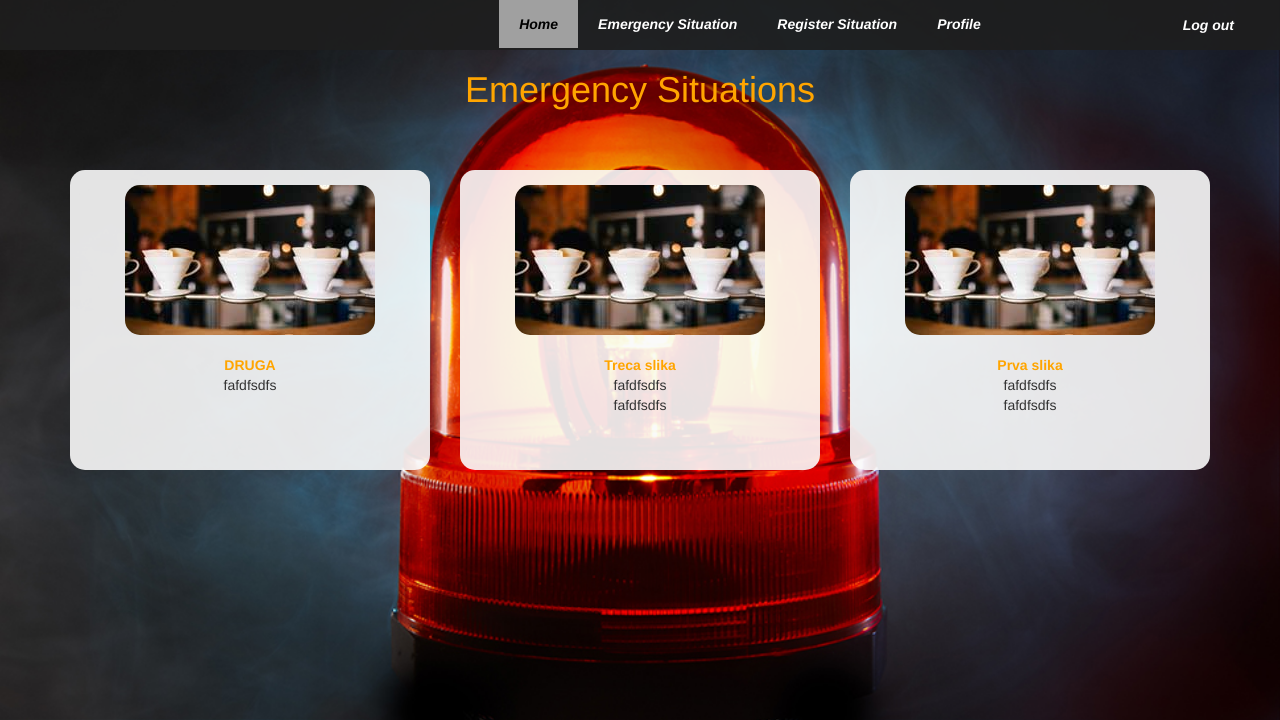
Repository: majamiljic/WebProgramming
Page: emergencySituations/WebContent/situations.html
The author's editor kept a copy of each file at every save. The page is drawn from the files as they stood at one save, then again after the next save.
The browser window is 1280 px wide. The pictures show the whole page.

Above is the page before, as saved 2018-01-26 15:22:59.

### emergencySituations/WebContent/situations.html
<!DOCTYPE html>
<html>
    <head>
        <title>Emergency Situations</title>
        <link href="css/layout.css" rel="stylesheet">
        <link href="css/bootstrap.min.css" rel="stylesheet">
		<script src="js/jquery-3.2.1.min.js"></script>
		<script type="text/javascript" src="js/controllers/logout.js"></script>
    </head>
    <body style="background-color: black">
        <ul>
            <li><a class="active" href="situations.html">Home</a></li>
            <li><a href="emergencySituation.html">Emergency Situation</a></li>
            <li><a href="registerSituation.html">Register Situation</a></li>
            <li><a href="profile.html">Profile</a></li>
            <li style="float: right; margin-right: 20px;">
				<a>
					<button type="submit" style="background: none; border:none" onclick="logout()">Log out</button>
				</a>
			</li>
        </ul>

		<h1 style="text-align: center; color: orange">Emergency Situations</h1>

		<div class="mainDiv">
			<div class="row" align="center">
				<div class="col-sm-4">
					<div class="imgCont">
						<div class="imgDiv">
							<a href="#">
								<img src="img/2.jpg" style="border-radius: 15px;">
							</a>
						</div>
						<div class="descDiv">
							<p>
								<a href="#" style="text-decoration : none">
									<b style="color:orange"> DRUGA </b>
								</a>
								<br>
								fafdfsdfs
							</p>
						</div>
					</div>
				</div>
				<div class="col-sm-4">
					<div class="imgCont">
						<div class="imgDiv">
							<a href="#">
								<img src="img/2.jpg" style="border-radius: 15px;">
							</a>
						</div>
						<div class="descDiv">
							<p>
								<a href="#" style="text-decoration : none">
									<b style="color:orange"> Treca slika </b>
								</a>
								<br>
								fafdfsdfs <br>
								fafdfsdfs <br>
							</p>
						</div>
					</div>
				</div>
				<div class="col-sm-4">
					<div class="imgCont">
						<div class="imgDiv">
							<a href="#">
								<img src="img/2.jpg" style="border-radius: 15px;">
							</a>
						</div>
						<div class="descDiv">
							<p>
								<a href="#" style="text-decoration : none">
									<b style="color:orange"> Prva slika </b>
								</a>
								<br>
								fafdfsdfs <br>
								fafdfsdfs <br>
							</p>
						</div>
					</div>
				</div>
			</div>
		</div>

    </body>
</html>

### emergencySituations/WebContent/css/layout.css
body {
	background-image: url(../img/3.jpg);
	background-repeat: no-repeat;
    background-size: cover;
    background-attachment: fixed;
}

/*****  MENU  *****/
ul {
    list-style-type: none;
    margin: 0;
    padding-left: 39%;
    overflow: hidden;
    background-color: rgba(31, 31, 31, 0.9);
}

li {
    float: left;
}

li a {
    display: block;
    color: white;
    text-align: center;
    padding: 14px 20px;
    text-decoration: none;
    font-style: italic;
    font-weight: bold;
}

li a:hover {
    color: black;
    text-decoration: none;
    background-color: rgba(240,240,240,0.9);
}

.active {
    background-color: rgb(160,160,160);
    color: black;
}

/*****  INDEX  *****/
.logoDiv {
	margin-left: 42%;
	margin-top: 25px;
}

.mainDiv {
    padding: 30px 70px 50px 70px;
    /* background-color: rgba(250,250,250,0.8); */
    border-radius: 25px;
	max-height: 800px;
	overflow-y: scroll;
	overflow-y:auto;
}

.imgDiv {
	max-height: 70%;
  	overflow: hidden;
	padding-top: 15px;
	padding-bottom: 10px;
}

.descDiv {
	padding-top: 10px;
	padding-bottom: 10px;
	max-height: 40%;
	overflow-y: scroll;
	overflow-y:auto;
}

.imgCont {
    background-color: rgba(250,250,250,0.9);
	height: 300px;
	border-radius: 15px;
	margin-top: 20px;
}

/*****  LOG IN  *****/
.loginDiv {
    margin: 70px 30% 50px 30%;
    padding: 30px 70px 50px 70px;
    background-color: rgba(250,250,250,0.8);
	border-radius: 15px;
}

/*****  SIGN UP  *****/
.signUpDiv {
    margin: 70px 30% 50px 30%;
    padding: 30px 70px 50px 70px;
    background-color: rgba(250,250,250,0.8);
	border-radius: 15px;
}

.signUpImg {
    background-color: rgb(250,250,250);
	height: 220px;
	border-radius: 5px;
	padding: 20px 70px 20px 70px;
}

.chooseFileButton {
	background-color: #ccc;
	border-radius: 5px;
    display: inline-block;
    padding: 6px 12px;
    cursor: pointer;
	width: 100%;
	text-align: center;
	margin-top: 5px;
}

/*****  EMERGENCY SITUATION  *****/
.situationWrapper {
	width: 80%;
	margin: 50px auto;
}

.situationDataDiv {
	float: left;
  	overflow: hidden;
	margin-right: 20px;
    padding: 10px 20px 30px 20px;
    background-color: rgba(250,250,250,0.8);
	border-radius: 15px;
}

.commentsDiv {
  	overflow: hidden;
    padding: 30px 70px 50px 70px;
    background-color: rgba(250,250,250,0.8);
	border-radius: 15px;
	max-width: 800px;
	max-height: 700px;
	overflow-y: scroll;
	overflow-y:auto;
}

.commentDiv {
	max-height: 110px;
	width: 100%;
	padding: 15px;
	overflow-y: scroll;
	overflow-y:auto;
}

.commentPictureDiv {
	float: left;
  	overflow: hidden;
    background-color: rgba(250,250,250,0.6);
	height: 60px;
	width: 85px;
	border-radius: 5px;
}

.tip {
  width: 0px;
  height: 0px;
  position: absolute;
  background: transparent;
  border: 10px solid #ccc;
}

.tip-left {
  top: 10px;
  left: -25px;
  border-top-color: transparent;
  border-left-color: transparent;
  border-bottom-color: transparent;
}

.dialogbox .commentBody {
	position: relative;
	float: right;
	width: 80%;
	padding: 5px;
	background-color: #DADADA;
	border-radius: 3px;
	border: 5px solid #ccc;
}

.commentBody .message {
	min-height: 30px;
	border-radius: 3px;
	font-family: Arial;
	font-size: 14px;
	line-height: 1.5;
	color: #797979;
}

### emergencySituations/WebContent/js/controllers/logout.js
function logout() {
	var us = localStorage;

	$.ajax({
		type : 'POST',
		url : "rest/users/logout",
		success : function() {
			us.setItem("loggedUser", {});
			window.location.replace("index.html");
		}
	});
}

Loaded but not shown: emergencySituations/WebContent/css/bootstrap.min.css (library); emergencySituations/WebContent/js/jquery-3.2.1.min.js (library)

After the next save:
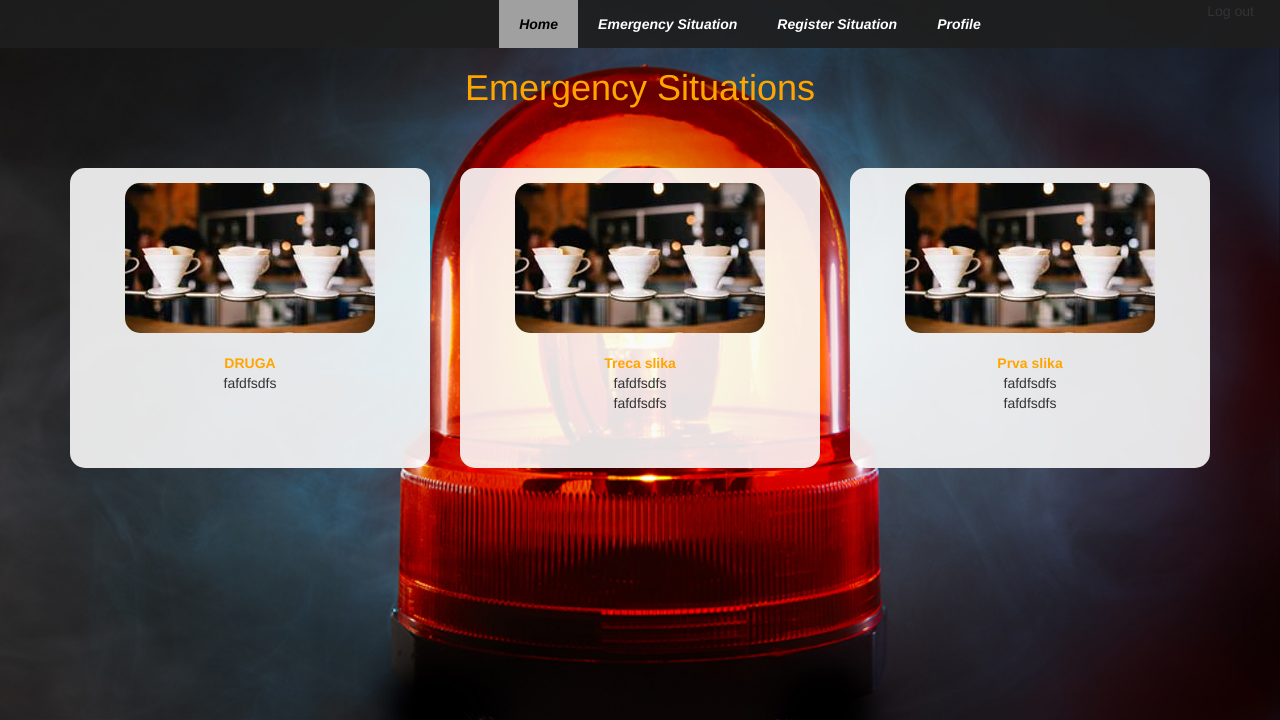
Saved 6 s later.
--- a/emergencySituations/WebContent/situations.html
+++ b/emergencySituations/WebContent/situations.html
@@ -14,9 +14,7 @@
             <li><a href="registerSituation.html">Register Situation</a></li>
             <li><a href="profile.html">Profile</a></li>
             <li style="float: right; margin-right: 20px;">
-				<a>
 					<button type="submit" style="background: none; border:none" onclick="logout()">Log out</button>
-				</a>
 			</li>
         </ul>
 

After the save that followed:
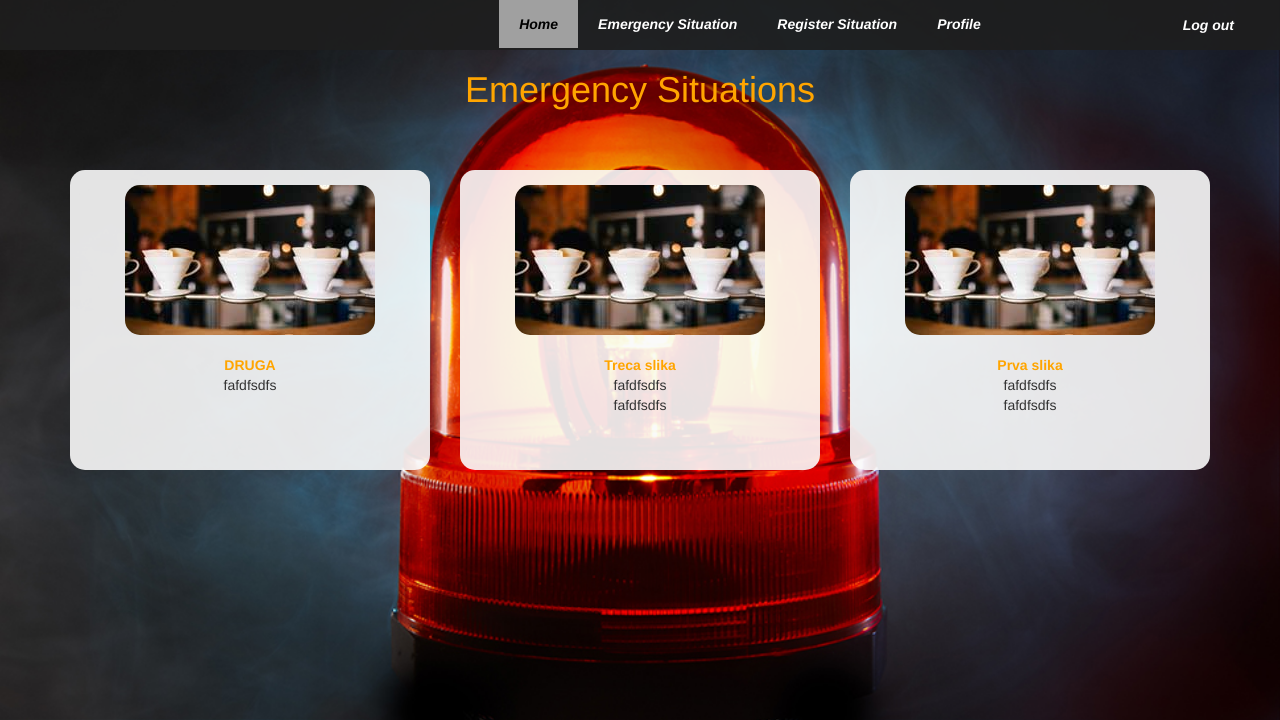
Saved 7 s later.
--- a/emergencySituations/WebContent/situations.html
+++ b/emergencySituations/WebContent/situations.html
@@ -14,7 +14,9 @@
             <li><a href="registerSituation.html">Register Situation</a></li>
             <li><a href="profile.html">Profile</a></li>
             <li style="float: right; margin-right: 20px;">
+				<a>
 					<button type="submit" style="background: none; border:none" onclick="logout()">Log out</button>
+				</a>
 			</li>
         </ul>
 
